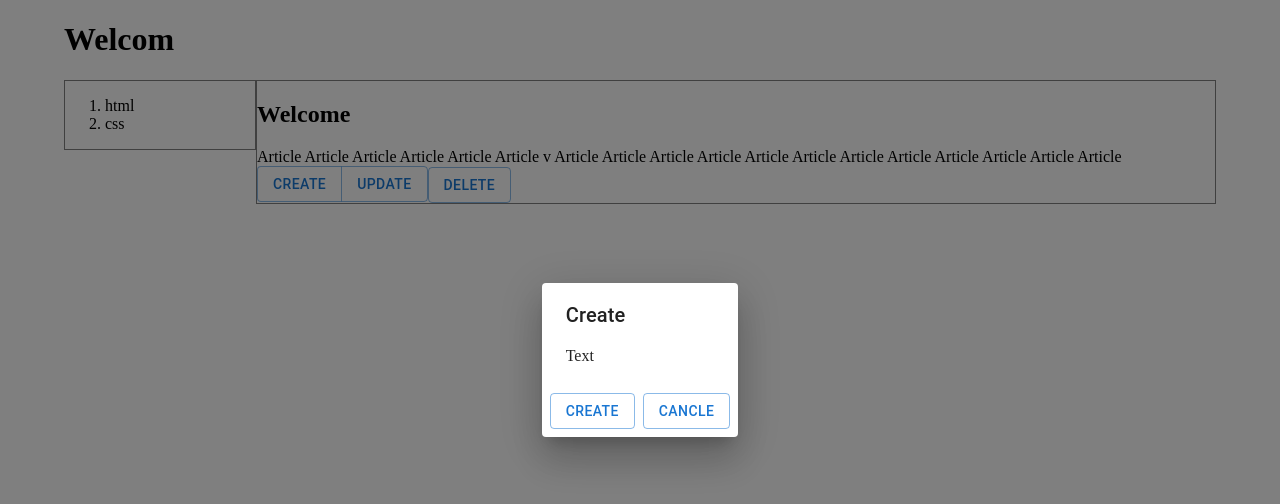
Repository: chlwpdnswku/nextjsportpolioclone
Page: /
An editor plug-in stored every save of this project. The page is shown before and after the next save, followed by the edit.
The browser window is 1280 px wide. The pictures show the whole page.
The project was rebuilt for these pictures with package versions that can differ from the ones it lists, and the page was loaded fresh each time. The framework's server and built-in components were replaced by stand-ins that run in the browser. Also part of the build but not shown: next.config.js.

Above is the page before, as saved 2022-08-05 16:29:12.

After the next save:
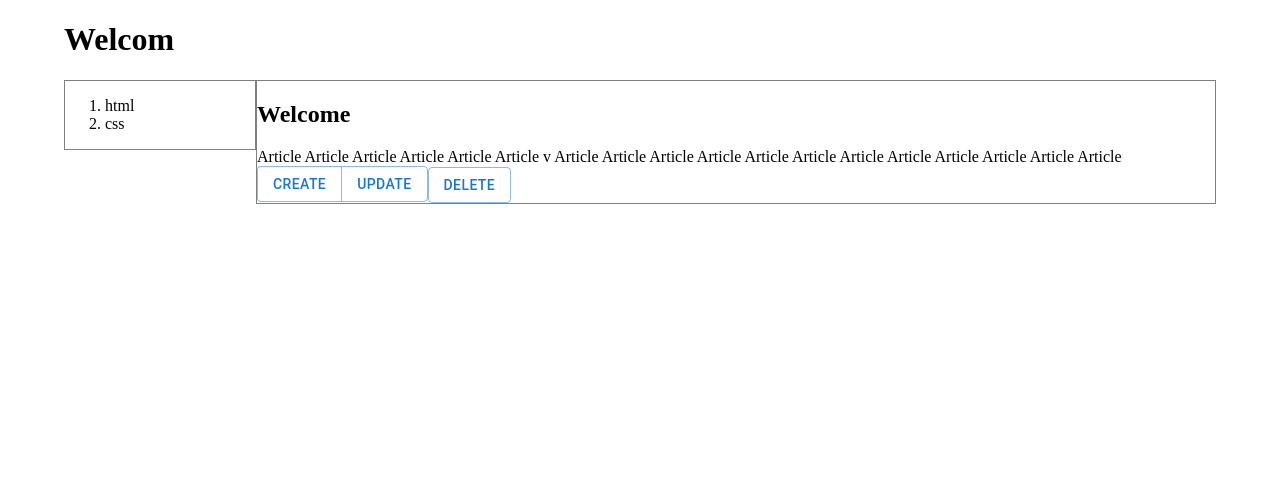
Saved 32 s later.
--- a/pages/index.tsx
+++ b/pages/index.tsx
@@ -71,7 +71,7 @@ function Article() {
       </ButtonGroup>
       <Button variant='outlined'>Delete</Button>
       {/* 컨텐츠영역만밝게 표시가된다 */}
-      <Dialog open={open}>
+      <Dialog open={click}>
         <DialogTitle>Create</DialogTitle>
         <DialogContent>Text</DialogContent>
         <DialogActions>
